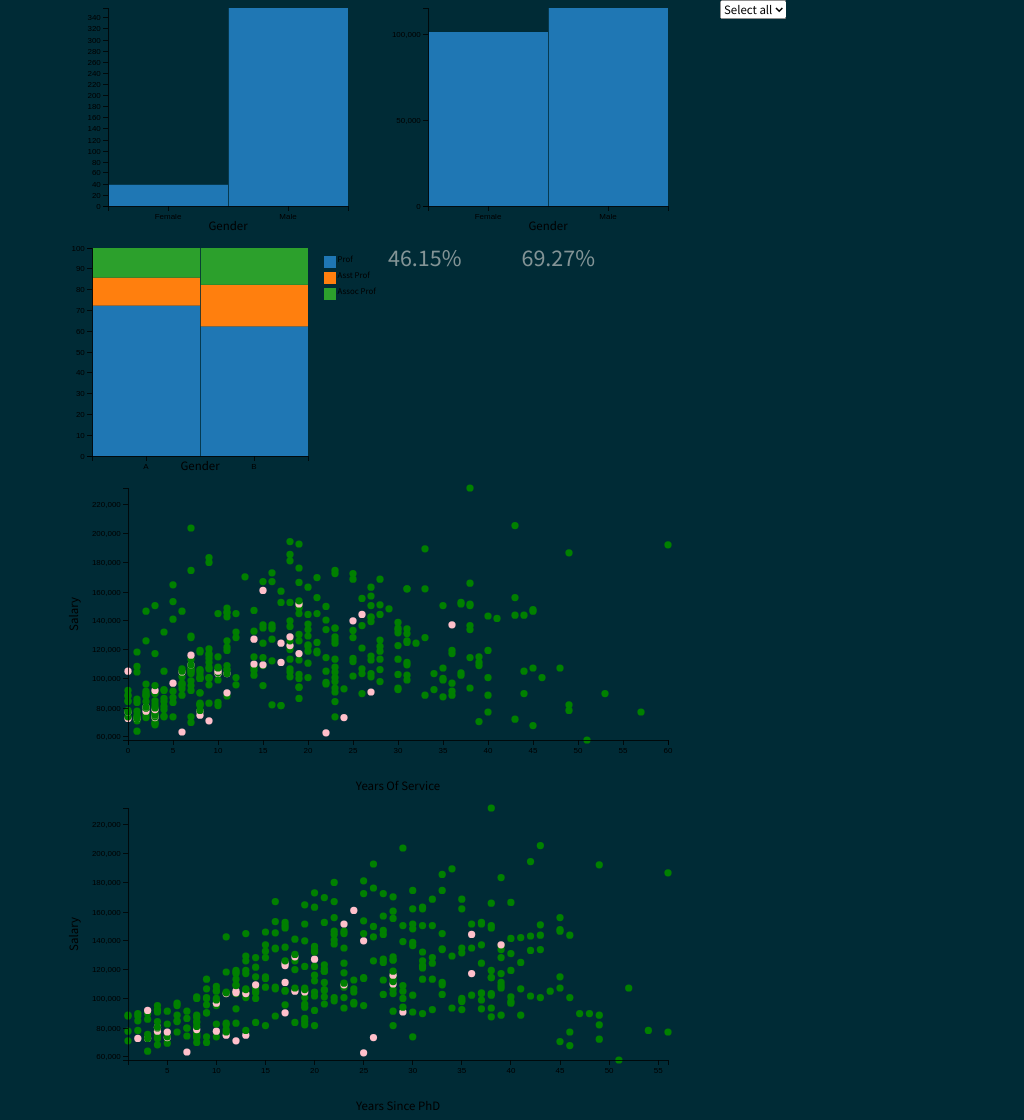
Repository: rafaljanos/Dashboard
Page: Index.html
The author's editor kept a record of every edit. The page is drawn from the files as they stood at one moment, then again after the next edit.
The browser window is 1280 px wide. The pictures show the whole page, at 80% of full size.

Above is the page before.

### Index.html
<!DOCTYPE html>
<html lang="en">
<head>
    <meta charset="UTF-8">
    <meta name="viewport" content="width=device-width, initial-scale=1.0">
    <meta http-equiv="X-UA-Compatible" content="ie=edge">
    <title>Dashboard</title>

    <link rel="stylesheet" href="static/css/bootstrap.min.css" type="text/css" />
    <link rel="stylesheet" href="static/css/dc.min.css" type="text/css" />
    <link rel="stylesheet" href="static/css/style.css" type="text/css" />

    <script type="text/javascript" src="static/js/d3.min.js"></script>
    <script type="text/javascript" src="static/js/crossfilter.min.js"></script>
    <script type="text/javascript" src="static/js/dc.min.js"></script>
    <script type="text/javascript" src="static/js/queue.min.js"></script>
    <script type="text/javascript" src="static/js/graph.js"></script>

</head>
<body>
    <div class="container">

        <div class="row">

        </div>


    <div id="discipline-selector"></div>

    <div id="gender-balance"></div>

    <div id="average-salary"></div>

    <div id="rank-distribution"></div>

    <div class="number-box" id="percent-of-women-professors"></div>
    <div class="number-box" id="percent-of-men-professors"></div>

    <div id="service-salary"></div>

    <div id="phd-salary"></div>
    </div>


</body>
</html>

### static/css/style.css
.navbar-default {
	background-image: none;
	margin-bottom: 0;
}

.section-heading, #discipline-selector {
	display: inline-block;
	float: none;
	margin: 0;
}

.section-heading {
	margin-bottom: 50px;
}

#discipline-selector {
	margin-left: 15px;
}

.number-box {
	margin-right: 75px;
}

.number-box, .fa.fa-gender {
    font-size: 30px;
    font-weight: 500;
}

.fa-gender {
	margin-right: 10px;
}

.custom-chart {
	margin-bottom: 40px;
}

.section {
	border-bottom: 1px solid #e6e6e6;
	padding: 30px 0;
}

.section-paragraph {
	line-height: 1.2;
}

### static/js/graph.js
queue()
    .defer(d3.csv, "data/Salaries.csv") // directory of file with data to use
    .await(makeGraphs);                 // makeGraphs is any name we want

function makeGraphs(error, salaryData) {// function for that name we choose
    var ndx = crossfilter(salaryData);  // loading salary data to crossfilter

    salaryData.forEach(function(d) {
        d.salary = parseInt(d.salary);  // changing the text data salary to intedur version of the salary
        d.yrs_since_phd = parseInt(d["yrs.since.phd"]);
        d.yrs_service = parseInt(d["yrs.service"]);

    })

    show_discipline_selector(ndx);      // passind NDX filter to a function that will draw graph discipline_selector

    show_percent_that_are_professors(ndx, "Female", "#percent-of-women-professors");
    show_percent_that_are_professors(ndx, "Male", "#percent-of-men-professors");

    show_gender_balance(ndx);           // passind NDX filter to a function that will draw graph gender_balance
    show_average_salaries(ndx);         // any name
    show_rank_distribution(ndx);

    show_service_to_salary_correlation(ndx);
    show_phd_to_salary_correlation(ndx);

    dc.renderAll();                     // to render it all
}

function show_discipline_selector(ndx) {        // function for show_discipline_selector
    dim = ndx.dimension(dc.pluck(`discipline`));
    group = dim.group()                         // simple group

    dc.selectMenu("#discipline-selector")       // it creates a selector menu
        .dimension(dim)
        .group(group);
}

function show_percent_that_are_professors(ndx, gender, element) { // gender(sex)argument and element to use in next function
    var percentageThatAreProf = ndx.groupAll().reduce(
        function (p, v) {
            if (v.sex === gender) {                             //using gender argument from above
                p.count++;
                if (v.rank === "Prof") {
                    p.are_prof++;
                }
            }
            return p;
        },
         function (p, v) {
            if (v.sex === gender) {
                p.count--;
                if (v.rank === "Prof") {
                    p.are_prof--;
                }
            }
            return p;
        },
        function () {
            return {count: 0, are_prof: 0};
        },
    );


    dc.numberDisplay(element)                   // element where we want the number to display
        .formatNumber(d3.format(".2%"))         // format change the way numbers are displayed
        .valueAccessor(function (d) {
            if (d.count == 0) {
                return 0;
            } else {
                return (d.are_prof / d.count);// devide prof by them total count
            }
        })
        .group(percentageThatAreProf)// show which group data to use to calculate this


}

function show_gender_balance(ndx) {           // function for show_gender_balance
    var dim = ndx.dimension(dc.pluck(`sex`)); // create dimension of sex variable
    var group = dim.group();                  // create a group

    dc.barChart("#gender-balance")            // create a bar chart for specific div ID
        .width(400)
        .height(300)
        .margins({top: 10, right:50, bottom: 30, left: 50})
        .dimension(dim)
        .group(group)
        .transitionDuration(500)
        .x(d3.scale.ordinal())
        .xUnits(dc.units.ordinal)
        .xAxisLabel("Gender")
        .yAxis().ticks(20);
}

function show_average_salaries(ndx) {
    var dim = ndx.dimension(dc.pluck(`sex`));

    function add_item(p, v) {           // p-keeps track of total and avarage and count, v-each data items we adding
        p.count++;                      // increment the count in p object
        p.total += v.salary;            // increment total by the salary of the data
        p.average = p.total / p.count;  // total devidet by the count
        return p;                       // always return p at the end add or remove function
    }

    function remove_item(p, v) {
        p.count--;                          // reduce the count
        if(p.count == 0) {                  // if the count is 0 we set total count to 0
            p.total = 0;
            p.average = 0;
        }   else {                          // if the count is grater than 0 we use normal calculations
            p.total -= v.salary             // reduce the total by the amount of the salary
            p.average = p.total / p.count;  // total devidet by the count
        }
        return p;
    }

    function initialise() {                 // creates initial value for p
        return {count: 0,total: 0, average: 0};
    }

    var averageSalasyByGender = dim.group().reduce(add_item, remove_item, initialise);


    dc.barChart("#average-salary")
        .width(400)
        .height(300)
        .margins({top: 10, right: 50, bottom: 30, left: 50})
        .dimension(dim)
        .group(averageSalasyByGender)
        .valueAccessor(function(d) {            // to specify which of the 3 values will be plotet
            return d.value.average.toFixed(2);  // .toFixed(2)-reduce to 2 decimels number 2 spaces after (,00)
        })
        .transitionDuration(500)
        .x(d3.scale.ordinal())
        .xUnits(dc.units.ordinal)
        .elasticY(true)
        .xAxisLabel("Gender")
        .yAxis().ticks(4);
}

function show_rank_distribution(ndx) {



    var profByGender = dim.group().reduce(
        function (p, v) {
            p.total++;
            if(v.rank == rank) {           // match if the rank what we are looking for is profesor
                p.match++;
            }
            return p;
        },
        function (p, v) {
            p.total--;
            if(v.rank == rank)  {          // match if the rank what we are looking for is profesor
                p.mach--;
            }
            return p;
        },
        function () {
            return {total: 0, match: 0};
        }
    );

    function rankByGender(dimension, rank) {
        return dimension.group().reduce(
        function (p, v) {
            p.total++;
            if(v.rank == rank) {           // match if the rank what we are looking for is profesor
                p.match++;
            }
            return p;
        },
        function (p, v) {
            p.total--;
            if(v.rank == rank)  {          // match if the rank what we are looking for is profesor
                p.mach--;
            }
            return p;
        },
        function () {
            return {total: 0, match: 0};
            }
        );
    }

    var profByGender = rankByGender(dim, "Prof");
    var asstProfByGender = rankByGender(dim, "AsstProf");
    var assocProfByGender = rankByGender(dim, "AssocProf");

    // console.log(profByGender.all());        // to inspect and check if that works

    dc.barChart("#rank-distribution")
        .width(400)
        .height(300)
        .dimension(dim)
        .group(profByGender, "Prof")
        .stack(asstProfByGender, "Asst Prof")       // stacks this group on top of prof
        .stack(assocProfByGender, "Assoc Prof")     // stacks this group on top of asst
        .valueAccessor(function(d) {               // geting procentage of the total
            if(d.value.total > 0) {
                 return (d.value.match / d.value.total) * 100; //matching amount devide by total and multiply by 100
            } else {
                return 0;
            }
    })
        .x(d3.scale.ordinal())
        .xUnits(dc.units.ordinal)
        .xAxisLabel("Gender")
        .legend(dc.legend().x(320).y(20).itemHeight(15).gap(5))
        .margins({top: 10, right: 100, bottom: 30, left: 30});
}


function show_service_to_salary_correlation(ndx) {

    var genderColors = d3.scale.ordinal()    //adding colors genderColors
        .domain(["Female", "Male"])
        .range(["pink", "green"]);

    var eDim = ndx.dimension(dc.pluck("yrs_service"));
    var experienceDim = ndx.dimension(function(d) {             //extrackts 2 pieces of info
        return [d.yrs_service, d.salary, d.rank, d.sex];        //years of service and salary
    });             //0         //1        //2    //3
    var experienceSalaryGroup = experienceDim.group();

    var minExperience = eDim.bottom(1)[0].yrs_service;
    var maxExperience = eDim.top(1)[0].yrs_service;

    dc.scatterPlot("#service-salary")
        .width(800)
        .height(400)
        .x(d3.scale.linear().domain([minExperience, maxExperience]))
        .brushOn(false)
        .symbolSize(8)
        .clipPadding(10)
        .yAxisLabel("Salary")
        .xAxisLabel("Years Of Service")
        .title(function(d) {                        //apear when hovered with mouse
            return d.key[2] + " earned " + d.key[1];
        })
        .colorAccessor(function (d) {
            return d.key[3];  //3 is d.rank
        })
        .colors(genderColors)           //adding colors genderColors
        .dimension(experienceDim)
        .group(experienceSalaryGroup)
        .margins({top: 10, right: 50, bottom: 75, left: 75});
}


function show_phd_to_salary_correlation(ndx) {

    var genderColors = d3.scale.ordinal()    //adding colors genderColors
        .domain(["Female", "Male"])
        .range(["pink", "green"]);

    var pDim = ndx.dimension(dc.pluck("yrs_since_phd"));
    var phdDim = ndx.dimension(function(d) {             //extrackts 2 pieces of info
        return [d.yrs_since_phd, d.salary, d.rank, d.sex];        //years of service and salary
    });             //0         //1        //2    //3
    var phdSalaryGroup = phdDim.group();

    var minPhd = pDim.bottom(1)[0].yrs_since_phd;
    var maxPhd = pDim.top(1)[0].yrs_since_phd;

    dc.scatterPlot("#phd-salary")
        .width(800)
        .height(400)
        .x(d3.scale.linear().domain([minPhd, maxPhd]))
        .brushOn(false)
        .symbolSize(8)
        .clipPadding(10)
        .yAxisLabel("Salary")
        .xAxisLabel("Years Since PhD")
        .title(function(d) {                        //apear when hovered with mouse
            return d.key[2] + " earned " + d.key[1];
        })
        .colorAccessor(function (d) {
            return d.key[3];  //3 is d.rank
        })
        .colors(genderColors)           //adding colors genderColors
        .dimension(phdDim)
        .group(phdSalaryGroup)
        .margins({top: 10, right: 50, bottom: 75, left: 75});
}

Loaded but not shown: static/css/bootstrap.min.css (library); static/css/dc.min.css (library); static/js/d3.min.js (library); static/js/crossfilter.min.js (library); static/js/dc.min.js (library); static/js/queue.min.js (common file)

After the next edit:
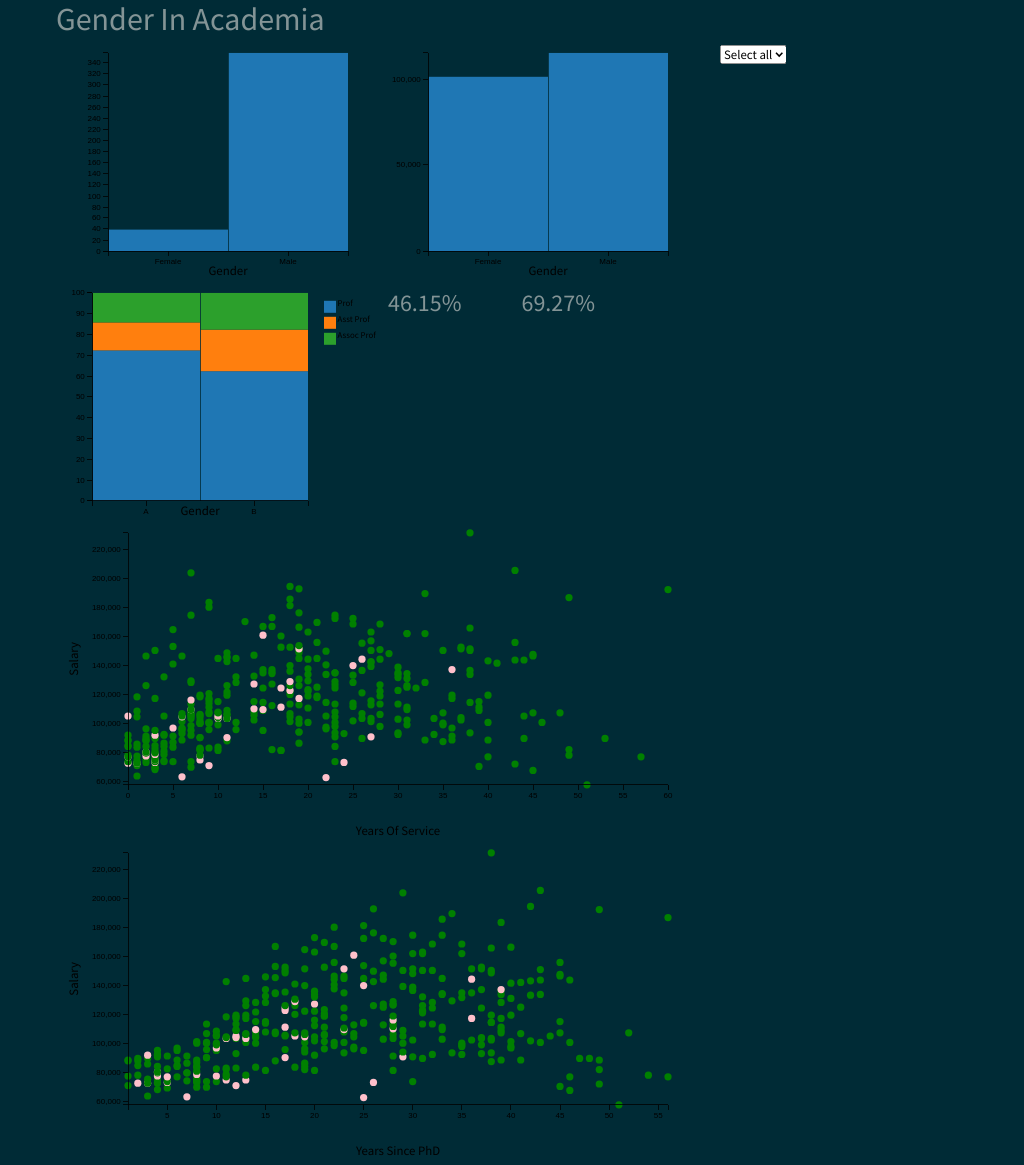
The edit:
--- a/Index.html
+++ b/Index.html
@@ -21,7 +21,7 @@
     <div class="container">
 
         <div class="row">
-
+            <h1>Gender In Academia</h1>
         </div>
 
 
